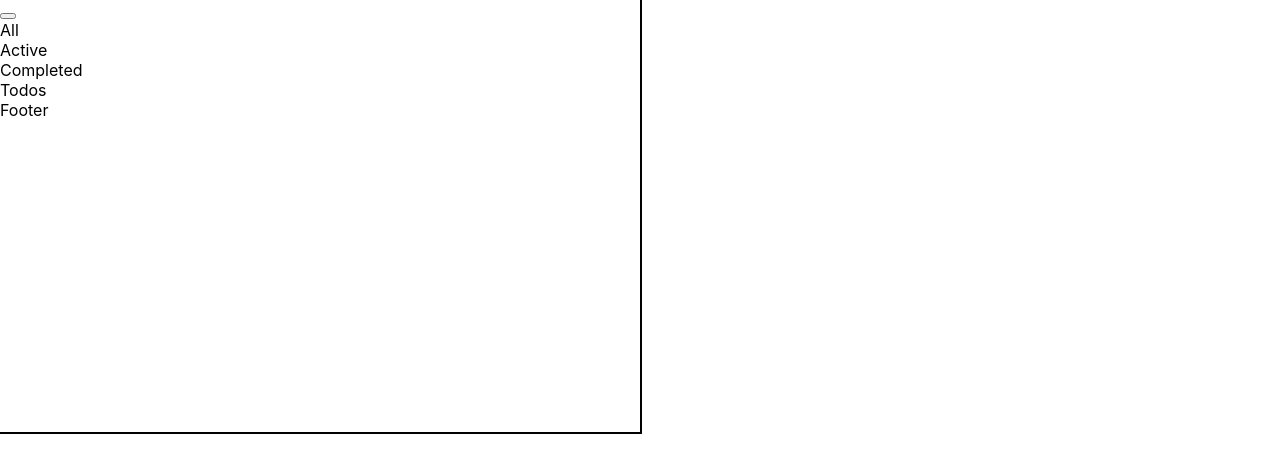
Repository: DongjaJ/React-Todo
Page: / (app in react-todo/)
The author's editor kept a copy of each file at every save. The page is drawn from the files as they stood at one save, then again after the next save.
The browser window is 1280 px wide. The pictures show the whole page.
The project was rebuilt for these pictures with package versions that can differ from the ones it lists, and the page was loaded fresh each time.

Above is the page before, as saved 2023-05-15 13:38:39.

After the next save:
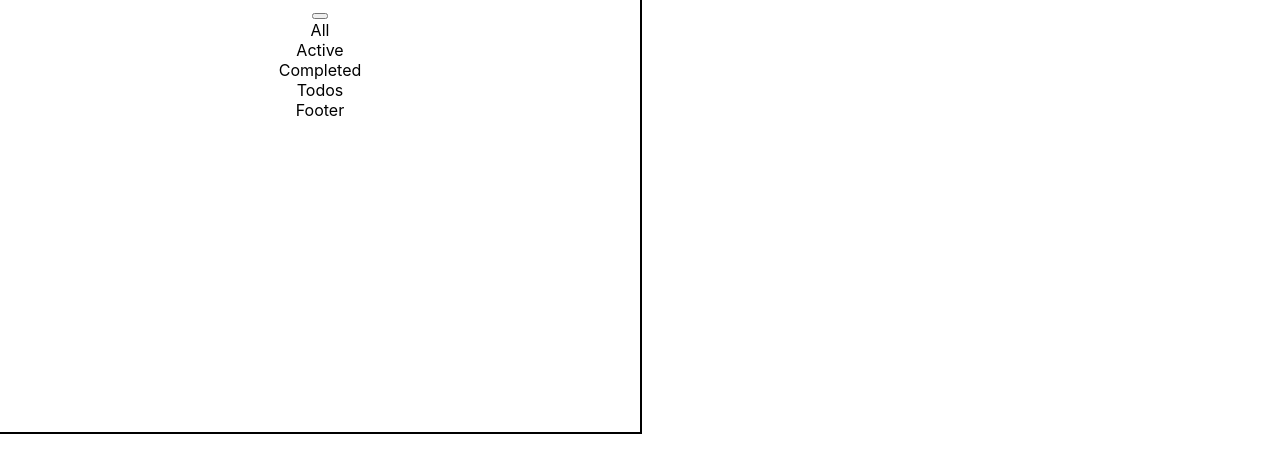
Saved 12 s later.
--- a/react-todo/src/App.css
+++ b/react-todo/src/App.css
@@ -2,5 +2,5 @@
 	outline: 2px solid black;
 	width: 50vw;
 	height: 60vh;
-	/* margin: auto; */
+	text-align: center;
 }
